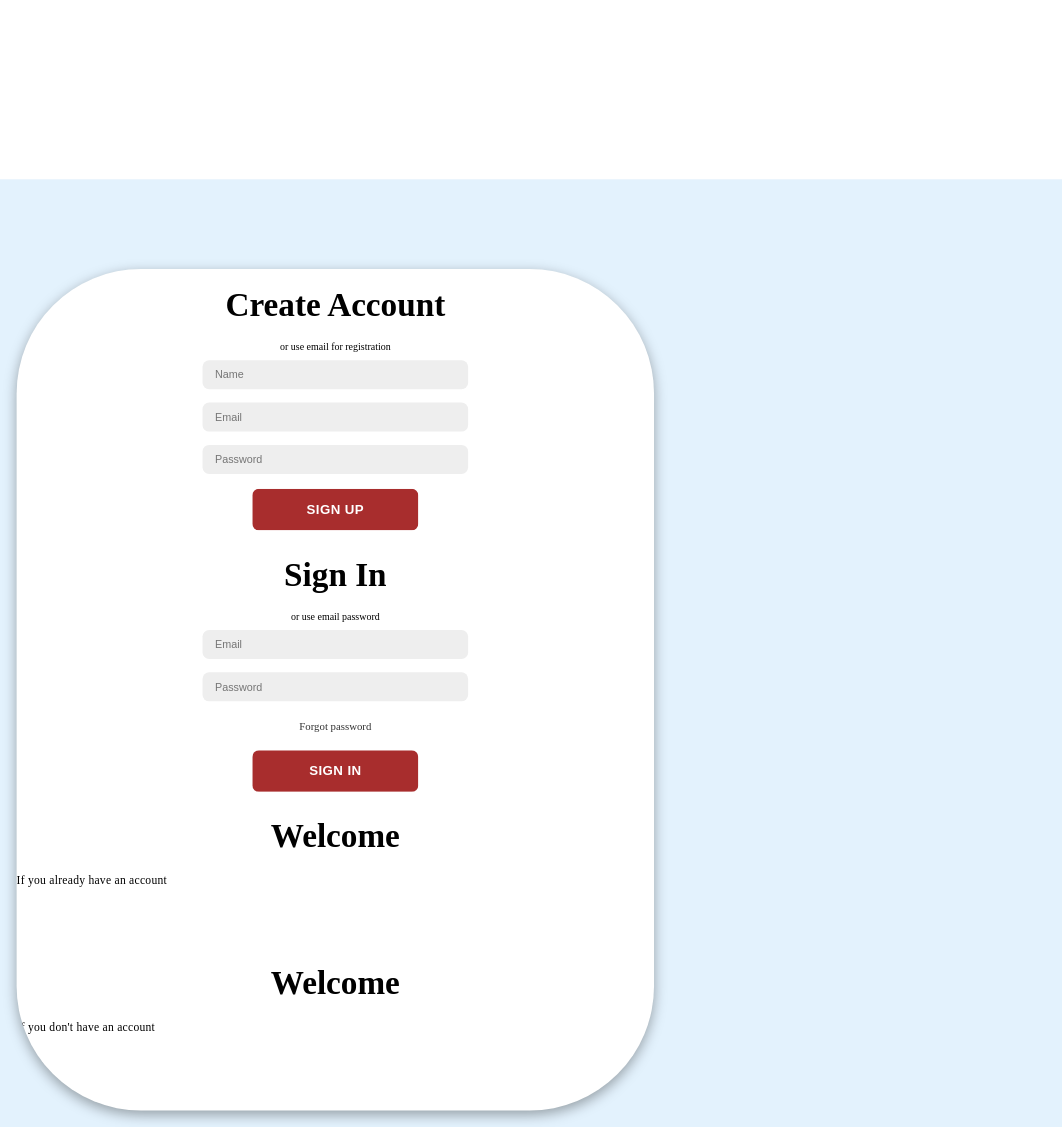
Repository: parnelltse/frontend2-courseproject
Page: /
These files come from the project's save history. The page is drawn as it stood at one moment and after the next save; the edit follows.
The browser window is 1280 px wide. The pictures show the whole page, at 83% of full size.
The project was rebuilt for these pictures with package versions that can differ from the ones it lists, and the page was loaded fresh each time. Also part of the build but not shown: vite.config.js, src/components/AccountForm.jsx, src/components/BackButton.jsx, src/pages/create.jsx, src/pages/login.jsx, src/pages/home.jsx, src/pages/gameoptions.jsx, src/pages/appsettings.jsx and 7 more.

Above is the page before, as saved 2024-11-02 23:03:28.

After the next save:
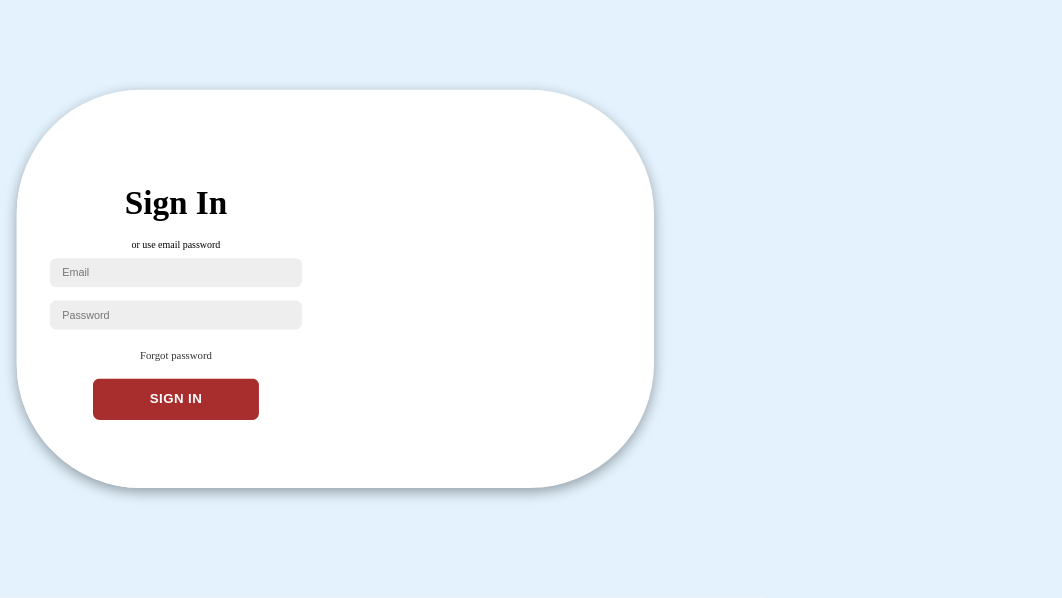
Console error: TypeError: Cannot read properties of null (reading 'addEventListener')
Saved 43 s later.
--- a/src/pages/landing.jsx
+++ b/src/pages/landing.jsx
@@ -1,51 +1,42 @@
 import { useNavigate } from 'react-router-dom';
-
 import { useState, useEffect } from 'react';
-
 
 export function Landing () {
   const navigate = useNavigate();
+
+  useEffect(() => {
+    import('../JavaScript/SignInAnimation.js');
+  }, []);
   const [isActive, setIsActive] = useState(false);
 
   const toggleActive = () => setIsActive(!isActive);
 
-  return(
-    <div className="app landing-page">
-      <div className="container landing-container">
+  return (
+    <div className={`app ${isActive ? 'active' : ''}`}>
+      <div className="container">
         <div className={`home-container ${isActive ? 'active' : ''}`} id="home-container">
-          <div className="sign-up-form">
-            <form className="form-signup">
-              <h1 className="form-heading">Create Account</h1>
-              <span className="form-subtext">or use email for registration</span>
-              <input type="text" className="input-field" placeholder="Name" />
-              <input type="text" className="input-field" placeholder="Email" />
-              <input type="password" className="input-field" placeholder="Password" />
-              <button type="button" className="form-button" onClick={toggleActive}>Sign Up</button>
+          <div className="sign-up">
+            <form>
+              <h1>Create Account</h1>
+              <span>or use email for registration</span>
+              <input type="text" placeholder="Name" />
+              <input type="text" placeholder="Email" />
+              <input type="password" placeholder="Password" />
+              <button type="button" onClick={toggleActive}>Sign Up</button>
             </form>
           </div>
-          <div className="sign-in-form">
-            <form className="form-signin">
-              <h1 className="form-heading">Sign In</h1>
-              <span className="form-subtext">or use email password</span>
-              <input type="text" className="input-field" placeholder="Email" />
-              <input type="password" className="input-field" placeholder="Password" />
-              <a href="#" className="form-link">Forgot password</a>
-              <button type="button" className="form-button" onClick={toggleActive}>Sign In</button>
+          <div className="sign-in">
+            <form>
+              <h1>Sign In</h1>
+              <span>or use email password</span>
+              <input type="text" placeholder="Email" />
+              <input type="password" placeholder="Password" />
+              <a href="#">Forgot password</a>
+              <button type="button" onClick={toggleActive}>Sign In</button>
             </form>
           </div>
           <div className="toggle-container">
-            <div className="toggle">
-              <div className="toggle-panel toggle-left">
-                <h1 className="toggle-heading">Welcome</h1>
-                <p className="toggle-text">If you already have an account</p>
-                <button className="hidden toggle-button" id="login">Sign In</button>
-              </div>
-              <div className="toggle-panel toggle-right">
-                <h1 className="toggle-heading">Welcome</h1>
-                <p className="toggle-text">If you don't have an account</p>
-                <button className="hidden toggle-button" id="register">Sign Up</button>
-              </div>
-            </div>
+            {/* Other UI elements */}
           </div>
         </div>
       </div>

After the save that followed:
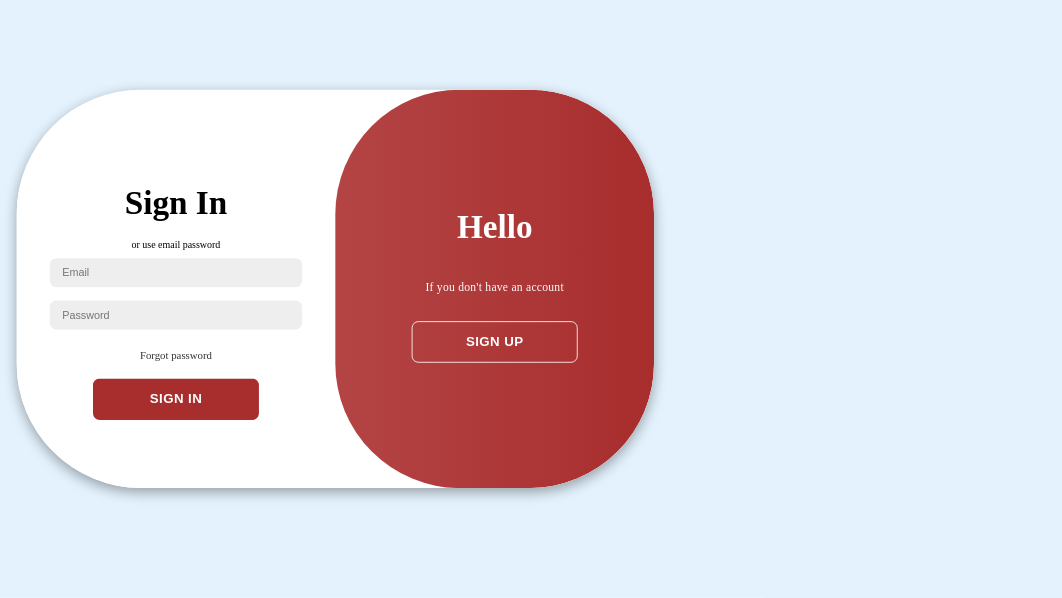
The error is gone.
Saved 2 min 13 s later.
--- a/src/pages/landing.jsx
+++ b/src/pages/landing.jsx
@@ -35,8 +35,19 @@
               <button type="button" onClick={toggleActive}>Sign In</button>
             </form>
           </div>
-          <div className="toggle-container">
-            {/* Other UI elements */}
+          <div class="toogle-container">
+            <div class="toogle">
+              <div class="toogle-panel toogle-left">
+                <h1>Welcome!</h1>
+                <p>If you already have an account</p>
+                <button class="hidden" id="login">Sign In</button>
+              </div>
+              <div class="toogle-panel toogle-right">
+                <h1>Hello</h1>
+                <p>If you don't have an account</p>
+                <button class="hidden" id="register">Sign Up</button>
+              </div>
+            </div>
           </div>
         </div>
       </div>
